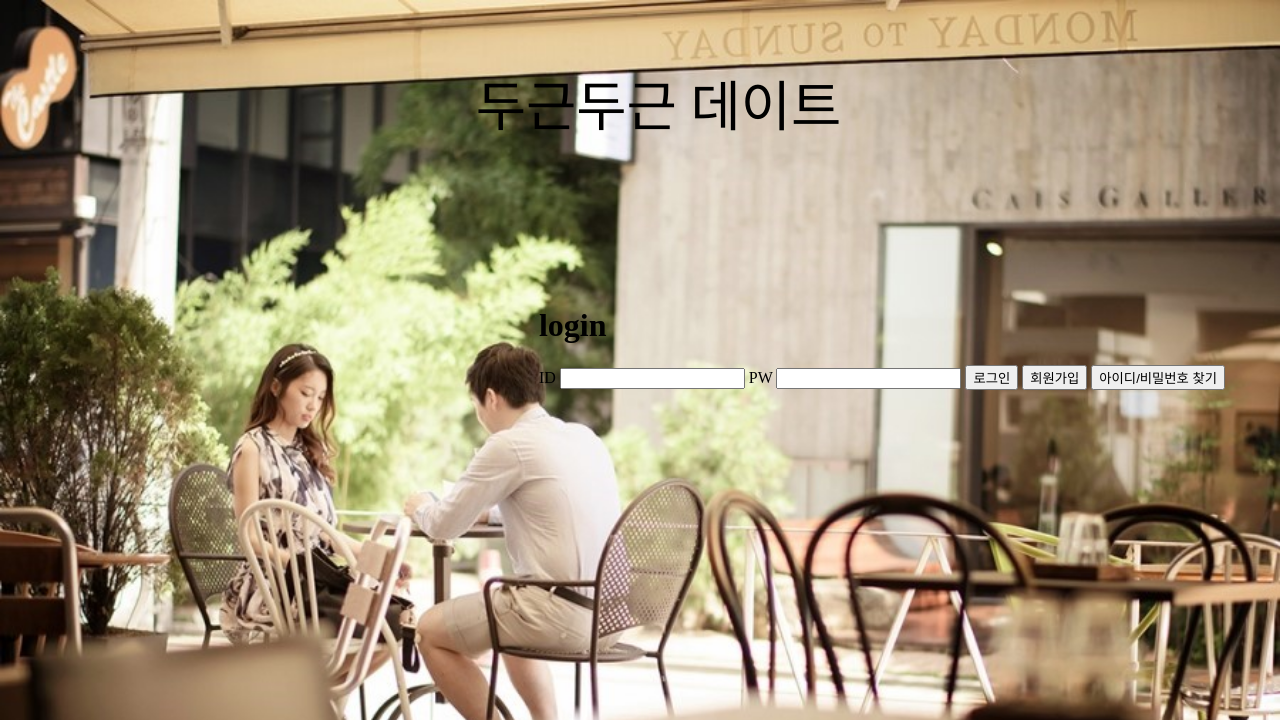
Repository: pinokio531/date_application
Page: http://localhost/doogeunDate/
The author's editor kept a copy of each file at every save. The page is drawn from the files as they stood at one save, then again after the next save.
The browser window is 1280 px wide. The pictures show the whole page.
The page is served by Tomcat 9.

Above is the page before, as saved 2019-05-31 12:31:43.

### doogeunDate/WebContent/index.jsp
<%@ page language="java" contentType="text/html; charset=EUC-KR"
    pageEncoding="EUC-KR"%>
<html lang="en">

<head>
    <meta charset="EUC-KR">
    <meta http-equiv="X-UA-Compatible" content="ie=edge">
    <title>Document</title>
    <link rel="stylesheet" type="text/css" href="style/index.css" />
</head>

<body>
    <header id="header">
        <p>두근두근 데이트</p>
    </header>

    <form action="login.jsp" method="get">
    	<div class="login">
	        <h1>login</h1>
	        ID <input name="id">
	        PW <input name="password">
	        <input type="submit" value="로그인">
	        <input type="button" value="회원가입" onclick="location.href='joinForm.jsp'">
	        <input type="button" value="아이디/비밀번호 찾기">
    	</div>
    </form>
</body>

</html>

### doogeunDate/WebContent/style/index.css
body{
    background:url(../asset/background.jpg);
    background-size: 100%;
}

#header{
    margin-left: 37%;
    margin-top: 5%;
    margin-bottom: 10%;
    font-family: 'Hi Melody', cursive;
    font-size: 41pt;
}
.login{
   margin-left: 42%;
   margin-top: 13%;
}

After the next save:
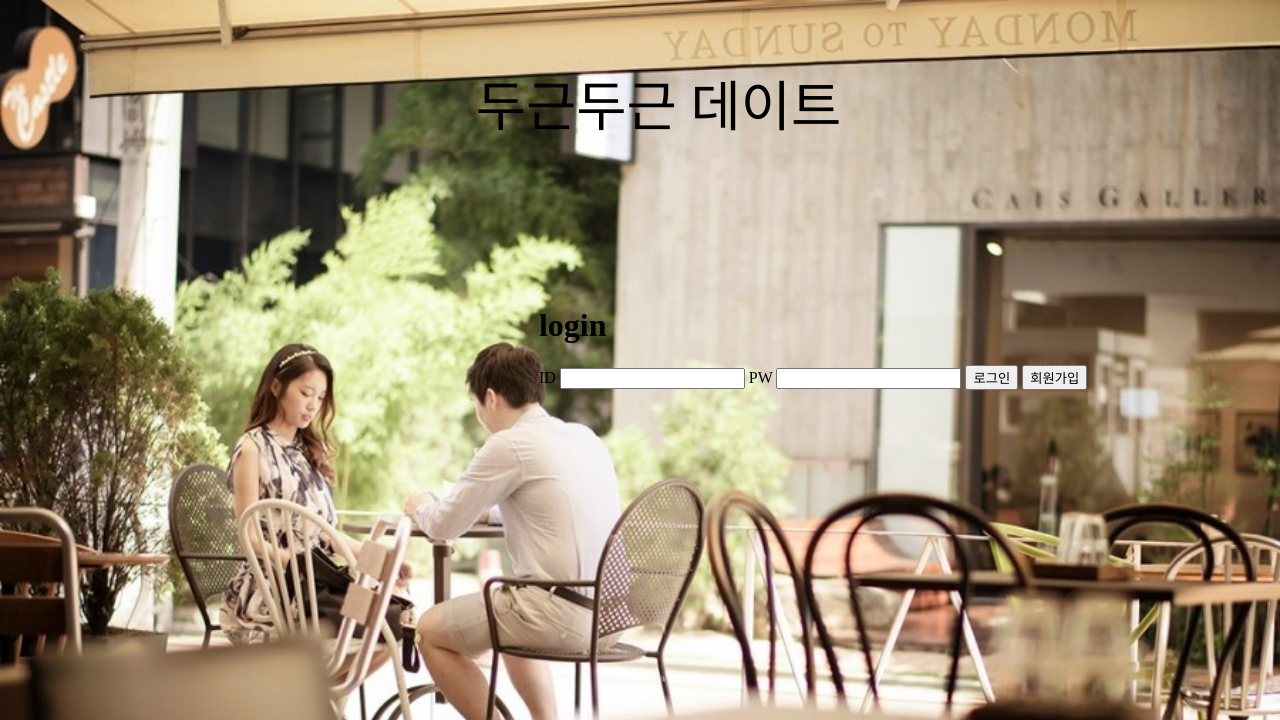
Saved 3 s later.
--- a/doogeunDate/WebContent/index.jsp
+++ b/doogeunDate/WebContent/index.jsp
@@ -10,9 +10,9 @@
 </head>
 
 <body>
-    <header id="header">
-        <p>두근두근 데이트</p>
-    </header>
+	<div id="header">
+		<p>두근두근 데이트</p>
+	</div>
 
     <form action="login.jsp" method="get">
     	<div class="login">
@@ -21,7 +21,6 @@
 	        PW <input name="password">
 	        <input type="submit" value="로그인">
 	        <input type="button" value="회원가입" onclick="location.href='joinForm.jsp'">
-	        <input type="button" value="아이디/비밀번호 찾기">
     	</div>
     </form>
 </body>
